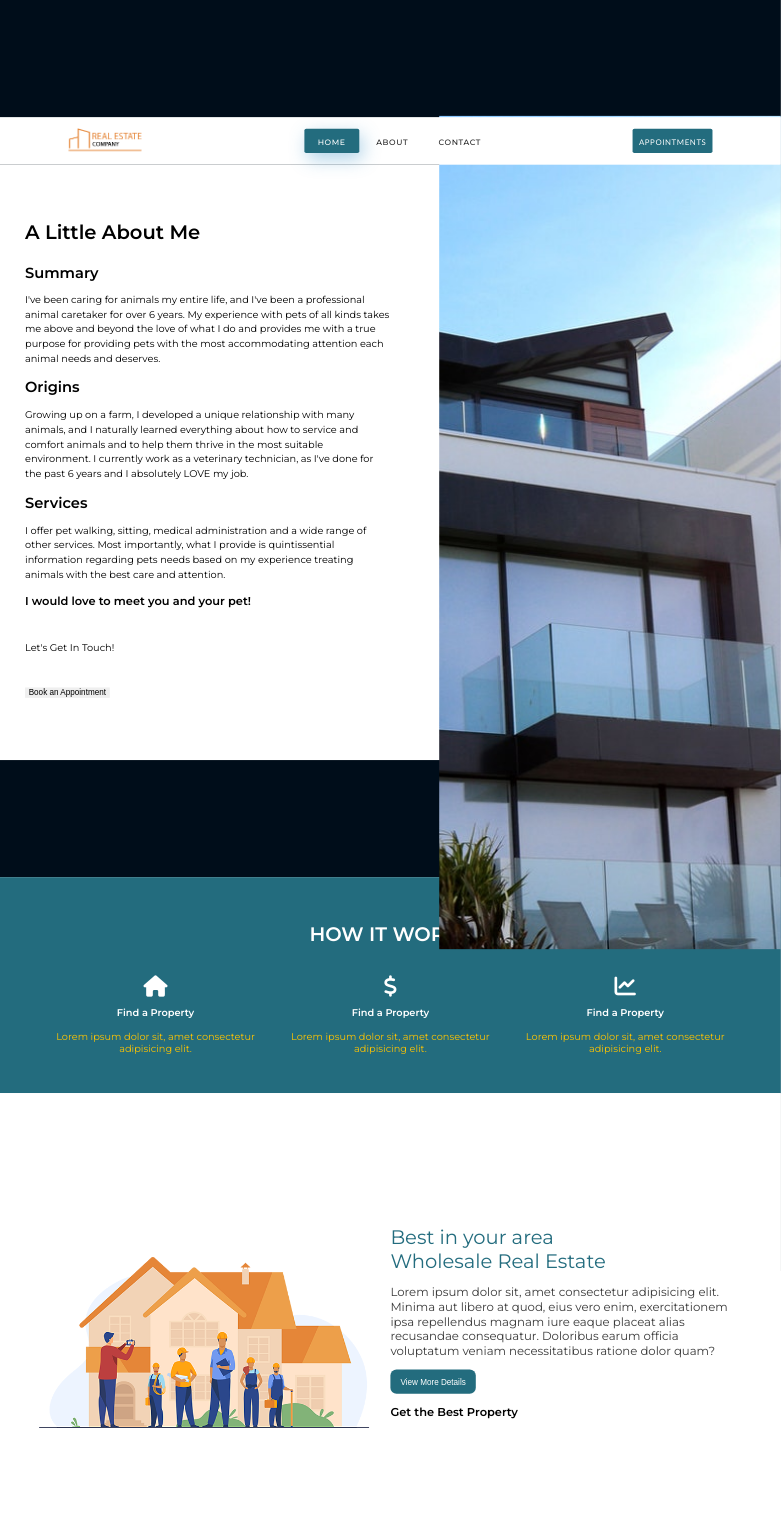
Repository: gabe126679/Mikes-site
Page: /about
The author's editor kept a copy of each file at every save. The page is drawn from the files as they stood at one save, then again after a run of saves.
The browser window is 1280 px wide. The pictures show the whole page, at 61% of full size.
Some web libraries are served in a nearby version. The project was rebuilt for these pictures with package versions that can differ from the ones it lists, and the page was loaded fresh each time. Also part of the build but not shown: src/components/Header.jsx, src/components/Contact.jsx, src/components/Agentbox.jsx, src/components/Agent.jsx, src/components/Bproperty.jsx, src/components/Item.js, src/components/CarouselItem.jsx, src/components/Properties.jsx and 1 more.

Above is the page before, as saved 2022-04-19 14:19:29.

After the next 2 saves:
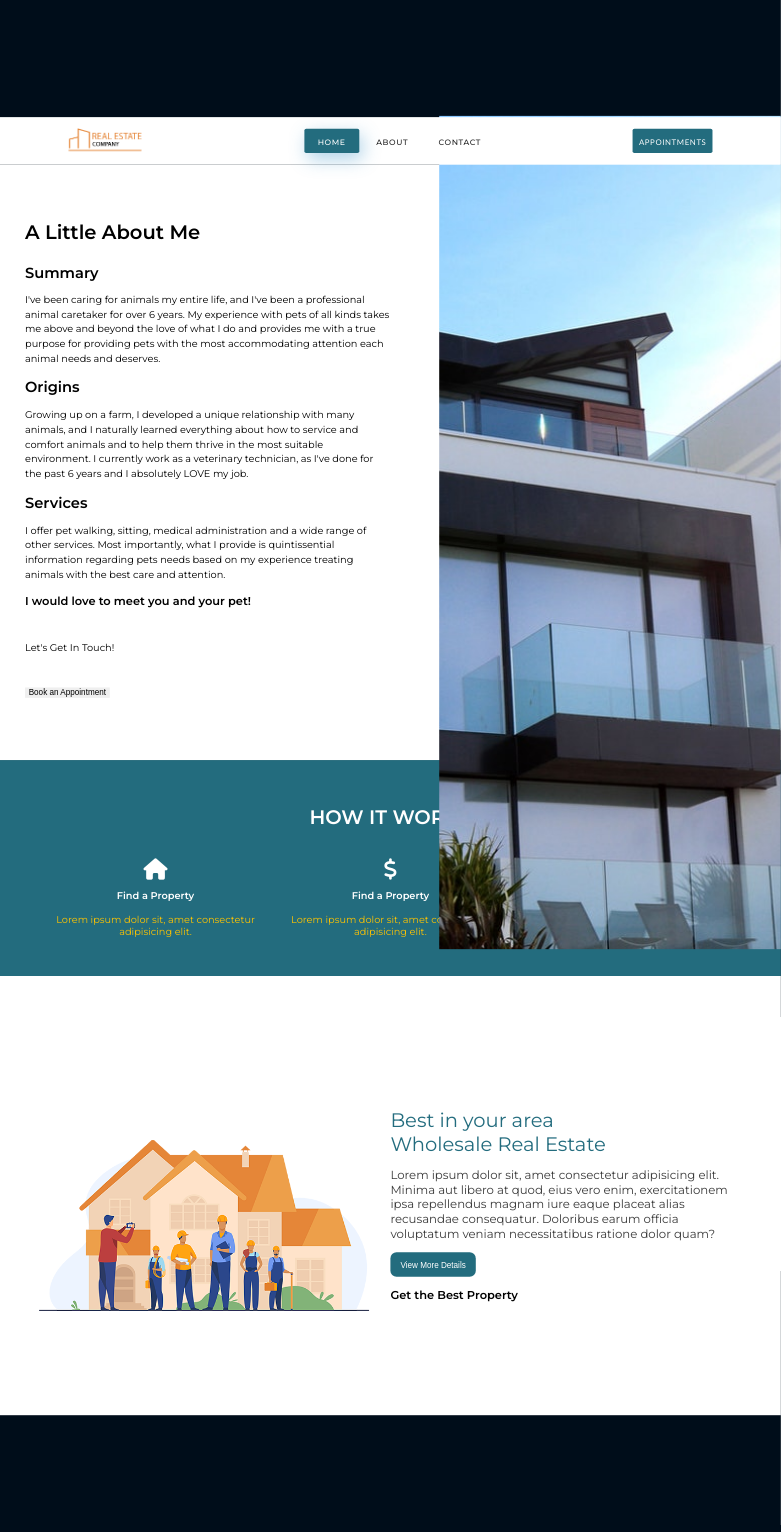
The 2 saves are shown as one change because they came seconds apart.
The last was saved 30 s later.
--- a/src/components/PageAbout.jsx
+++ b/src/components/PageAbout.jsx
@@ -132,9 +132,10 @@ function PageAbout() {
             </ColumnRight>
             </Wrap>
         </Container>
-        </Section>
         <Howitworks/>
-        <About/>
+    <About/>
+    </Section>
+
 
     </div>
   )
